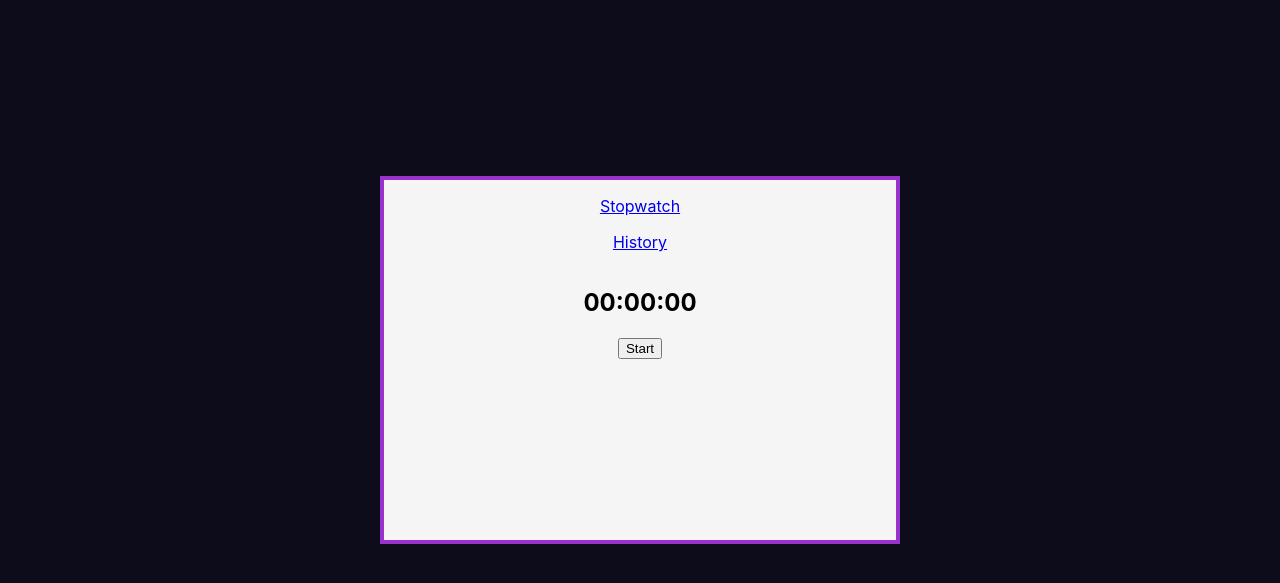
Repository: NicolasRSJ/fastdoubleclick
Page: /
These files come from the project's save history. The page is drawn as it stood at one moment and after the next save; the edit follows.
The browser window is 1280 px wide. The pictures show the whole page.
The project was rebuilt for these pictures with package versions that can differ from the ones it lists, and the page was loaded fresh each time.

Above is the page before, as saved 2022-10-27 20:26:01.

### src/App.js
import './App.css';
import { Stopwatch } from './Views/Stopwatch/Index';


function App() {
  return (
    <div className="App">
      <Stopwatch/>
    </div>
  );
}

export default App;

### src/App.css
.App {
  background-color: #0d0c1b;
  width: 100vw;
  height: 100vh;
  display: flex;
  flex-direction: column;
  align-items: center;
  justify-content: center;
  text-align: center;
}

### src/Views/Stopwatch/Index.jsx
import React, { useState, useEffect } from 'react'
import "./Index.css"

export const Stopwatch = () => {

    const [ time, setTimer ] = useState(0)
    const [ start, setStart ] = useState(false)

    useEffect(() => {
        let interval = null;

        if(start) {
            interval = setInterval(() => {
                setTimer(prevTime => prevTime + 10)
            }, 10);
        }else {
            clearInterval(interval);
        }

        return () => clearInterval(interval)
    }, [start])

    const HandlerButton = () => {
        if(start === false) {
            setStart(true)
        }else {
            setStart(false)
        }
    }

  return (
    <div className="container">
        <nav className="navigation">
            <p><a href='/'>Stopwatch</a></p>
            <p><a href='/historic'>History</a></p>
        </nav>
        <section className="contents">
            <h1>
                <span>{("0" + Math.floor((time / 60000) % 60)).slice(-2)}:</span>
                <span>{("0" + Math.floor((time / 1000) % 60)).slice(-2)}:</span>
                <span>{("0" + (time / 10) % 1000).slice(-2)}</span>
            </h1>
            <button onClick={() => {setStart(true)}}>Start</button>
        </section>
    </div>
  )
}

### src/Views/Stopwatch/Index.css
.container {
    width: 40%;
    height: 50vh;
    display: flex;
    flex-direction: column;
    background-color: whitesmoke;
    border: 4px solid darkorchid;
}

Loaded but not shown: public/index.html (common file); src/index.js (common file); src/index.css (common file); src/reportWebVitals.js (common file)

After the next save:
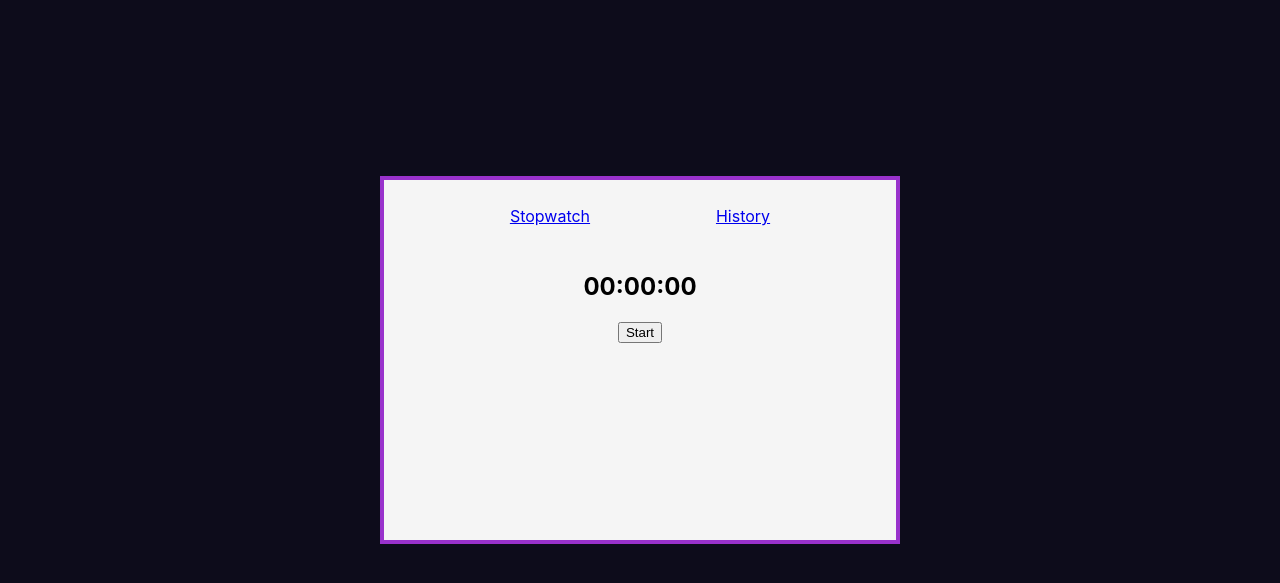
Saved 59 s later.
--- a/src/Views/Stopwatch/Index.css
+++ b/src/Views/Stopwatch/Index.css
@@ -6,3 +6,11 @@
     background-color: whitesmoke;
     border: 4px solid darkorchid;
 }
+
+.navigation {
+    width: 100%;
+    height: 20%;
+    display: flex;
+    align-items: center;
+    justify-content: space-evenly;
+}
